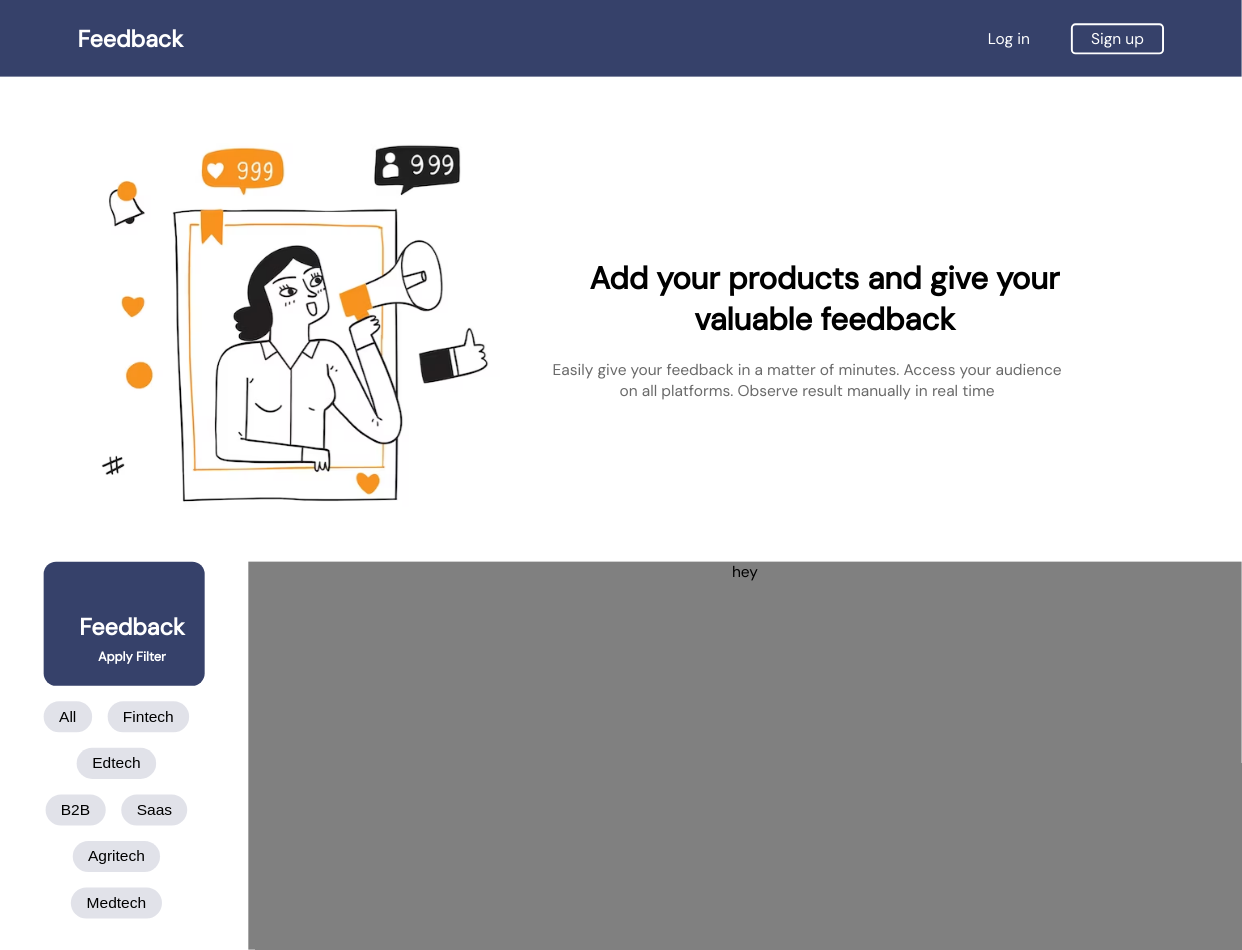
Repository: drumsmanku/final-evaluation-test
Page: / (app in client/)
The author's editor kept a copy of each file at every save. The page is drawn from the files as they stood at one save, then again after the next save.
The browser window is 1280 px wide. The pictures show the whole page, at 97% of full size.
The page's requests for data from a server got no answer. The project was rebuilt for these pictures with package versions that can differ from the ones it lists, and the page was loaded fresh each time. No one was signed in, and anything a server would have sent is missing.

Above is the page before, as saved 2023-07-29 11:33:10.

### client/src/App.js
import './App.css';
import { BrowserRouter as Router, Route, Routes} from 'react-router-dom';
import MainPage from './Components/MainPage';
function App() {
  return (
    <div className="App">
      <Router>
        <Routes>
          <Route path='/' element={<MainPage/>}/>


        </Routes>
      </Router>
    </div>
  );
}

export default App;

### client/src/Components/MainPage.js
import React, {useState, useEffect} from 'react';
import '../CSS/MainPage.css';
import profile from'../Assets/profilepic.webp';
import img1 from '../Assets/frontphoto.png';
import axios from 'axios';

const buttonTitles=['All', 'Fintech', 'Edtech', 'B2B', 'Saas', 'Agritech', 'Medtech'];
const buttonStyles={
  padding:'0.2rem 1rem 0.2rem 1rem',
  backgroundColor:'#36416A26',
  fontSize:'medium',
  borderRadius:'1rem',
  border:'none',
  margin:'0 1rem 1rem 0',
  height:'2rem',
}

function MainPage() {
  const [categorySet, setCategorySet]=useState([])
  const [isLoggedIn, setIsLoggedIn]=useState(false);
  const [products, setProdcts]=useState([])
  useEffect(()=>{
    const User=localStorage.getItem('user');
    if(User){
      setIsLoggedIn(true);
    }

  }, []);
  const handleLogout=()=>{
    localStorage.removeItem('user');
    setIsLoggedIn(false);
  }
  const handleCategoryClick=(event)=>{
    const currentCat=event.target.value;
    if(!categorySet.includes(currentCat)){
      setCategorySet([...categorySet, event.target.value]);
    }
    else{
      setCategorySet(categorySet.filter(cat=>cat!=currentCat))
    }

  }

  useEffect(()=>{
    const category=categorySet
    axios.get(`http://localhost/4000/get-prods?category=${category.join(',')}`)
    .then((res)=>{setProdcts(res.data.products)})
    .catch(err=>console.log(err))

  }, [categorySet])

  return (
    <div className='main-container'>
      <div className="main-top-container">
        <div className='navbar' >
          <div style={{display:'flex',width:'100%', justifyContent:' space-between', alignItems:'center',}}>
          <h3 style={{marginLeft:'5rem', color:'white', fontSize:'1.5rem'}}>Feedback</h3>
          <div style={{display:'flex', marginRight:'5rem'}}>
              {isLoggedIn ? (
                <>
                  <button style={{background:'none', fontSize:'large', border:'none', fontFamily:'DM Sans', color:'white'}} onClick={handleLogout}>Logout</button>
                  <span style={{color:'white', fontFamily:'DM Sans', fontSize:'large', display:'flex', alignItems:'center', marginLeft:'1rem'}}>Hello!</span>
                  <img src={profile} alt="" height={50} width={50} style={{borderRadius:'100%', marginLeft:'1rem'}} />
                </>
              ) : (
                <>
                  <button className='btn-main-page-login' type='submit'  >Log in</button>
                  <button type='submit'  className='btn-main-page-register' >Sign up</button>
                </>
              )}
            </div>
          </div>
        </div>
        <div className="title-desc">
          <img src={img1} alt="" height={500} style={{marginLeft:'3rem'}}/>
          <div style={{display:'flex', flexDirection:'column', marginLeft:'2rem'}}>
              <h1 style={{maxWidth:'80%'}}> Add your products and give your valuable feedback</h1>
              <span style={{maxWidth:'75%', color:'#6A6A6A'}}>Easily give your feedback in a matter of minutes. Access your audience on all platforms. Observe result manually in real time</span>
          </div>
        </div>
      </div>
      <div className="main-bottom-container">
        <div className="bottom-left">
          <article style={{backgroundColor:'#36416A', width:'65%', color:'white', paddingTop:'2rem', borderRadius:'0.8rem'}}>
            <h2 style={{marginBottom:'0.4rem',marginLeft:'1rem'}}>Feedback</h2>
            <h5 style={{marginTop:0, marginLeft:'1rem'}}>Apply Filter</h5>
          </article>
          <article style={{width:'65%', borderRadius:'0.8rem', padding:'1rem'}}>
             {buttonTitles.map((title, idx)=>(
              <button value={title} onClick={handleCategoryClick} style={{...buttonStyles}} key={idx}>{title}</button>
             ))}
          </article>
        </div>
        <div className="bottom-right">
          hey
        </div>
      </div>
    </div>
  )
}

export default MainPage

### client/src/CSS/MainPage.css
@import url('https://fonts.googleapis.com/css2?family=DM+Sans&display=swap');

body{
  font-family: 'DM Sans';
}
.main-container{
  height: 100vh;
  width: 100vw;
  display: flex;
  flex-direction: column;

}
.main-top-container{
  width: 100%;
}
.btn-main-page-login{
  height: 2rem;
  width: 6rem;
  font-weight: 500;
  font-size: medium ;
  background: none;
  border: none;
  border-radius: 0.3rem;
  margin-left: 1rem;
  margin-bottom:0;
  color: white;
  font-family: 'DM Sans';
  cursor: pointer;
}
.btn-main-page-register{
  height: 2rem;
  width: 6rem;
  font-size: medium;
  font-weight: 500;
  background-color: #36416A;
  border: 2px solid white;
  border-radius: 0.3rem;
  margin-left: 1rem;
  margin-bottom:0;
  color: white;
  font-family: 'DM Sans';
  cursor: pointer;
}
.navbar{
  width: 100%;
  background-color: #36416A;
}
.title-desc{
  width: 100%;
  display: flex;
  align-items: center;
  justify-content: space-around;

}
.bottom-left{
  width: 20%;
  display: flex;
  flex-direction: column;
  align-items: center;

}
.bottom-right{
  width: 80%;
  background-color: gray;
}
.main-bottom-container{
  width:100%;
  display: flex;
}

Loaded but not shown: client/public/index.html (common file); client/src/index.js (common file); client/src/index.css (common file); client/src/App.css (common file)

After the next save:
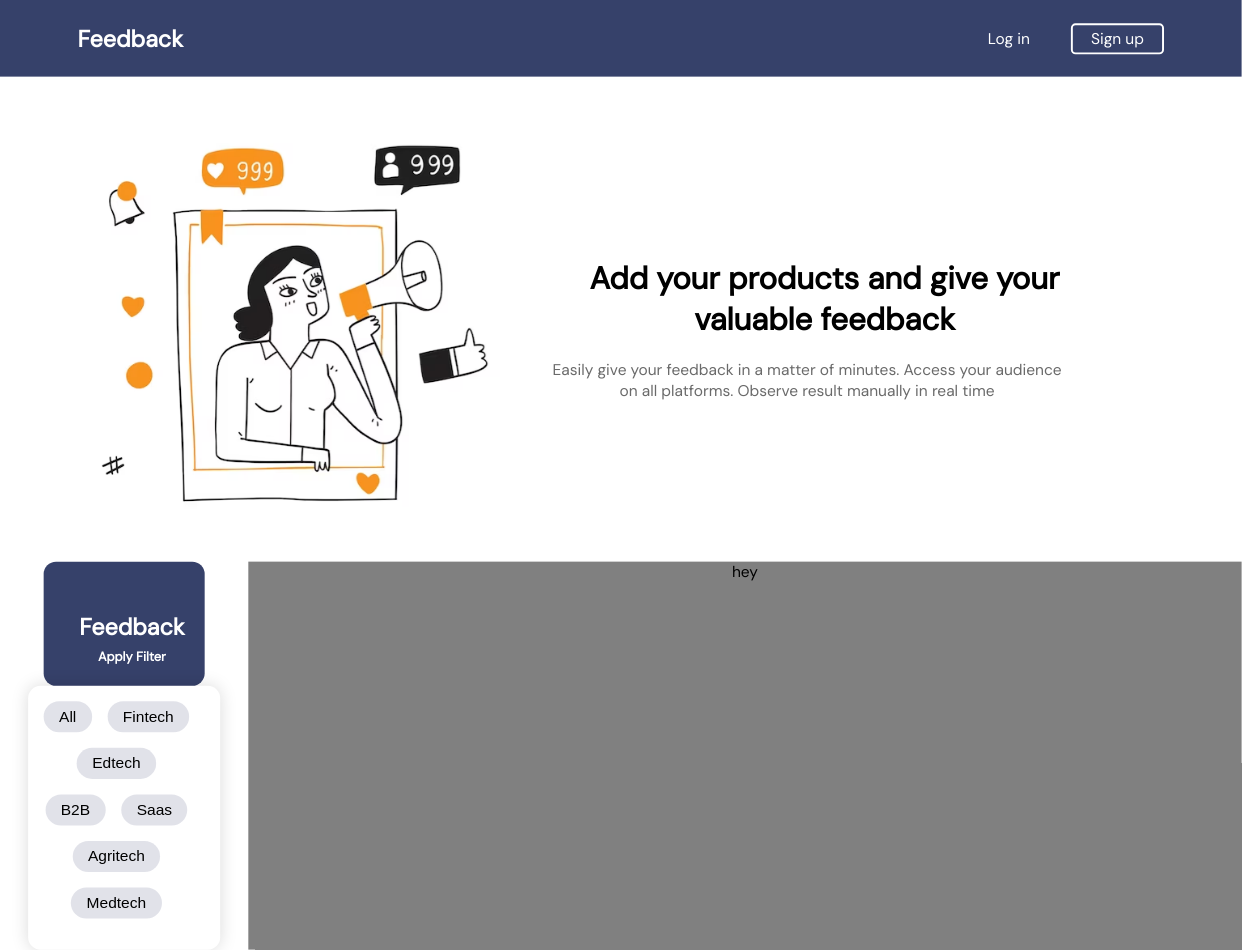
Saved 5 min 42 s later.
--- a/client/src/Components/MainPage.js
+++ b/client/src/Components/MainPage.js
@@ -85,7 +85,7 @@ function MainPage() {
             <h2 style={{marginBottom:'0.4rem',marginLeft:'1rem'}}>Feedback</h2>
             <h5 style={{marginTop:0, marginLeft:'1rem'}}>Apply Filter</h5>
           </article>
-          <article style={{width:'65%', borderRadius:'0.8rem', padding:'1rem'}}>
+          <article style={{width:'65%', borderRadius:'0.8rem', padding:'1rem', boxShadow:'0 0 17px #00000026'}}>
              {buttonTitles.map((title, idx)=>(
               <button value={title} onClick={handleCategoryClick} style={{...buttonStyles}} key={idx}>{title}</button>
              ))}
